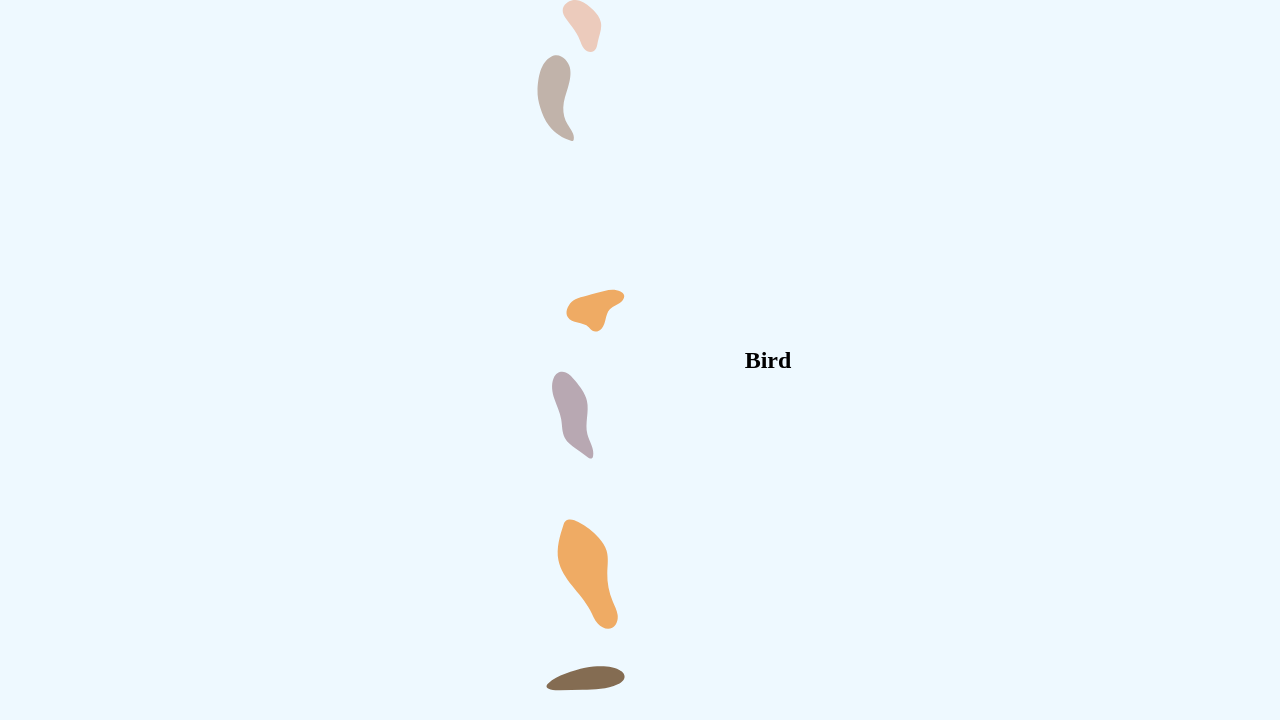
Repository: sebastiann88/svg-animals
Page: index.html
These files come from the project's save history. The page is drawn as it stood at one moment and after the next save; the edit follows.
The browser window is 1280 px wide. The pictures show the window.
A layer covers the whole window, so only the first screen is drawn.

Above is the page before, as saved 2024-09-05 03:46:38.

After the next save:
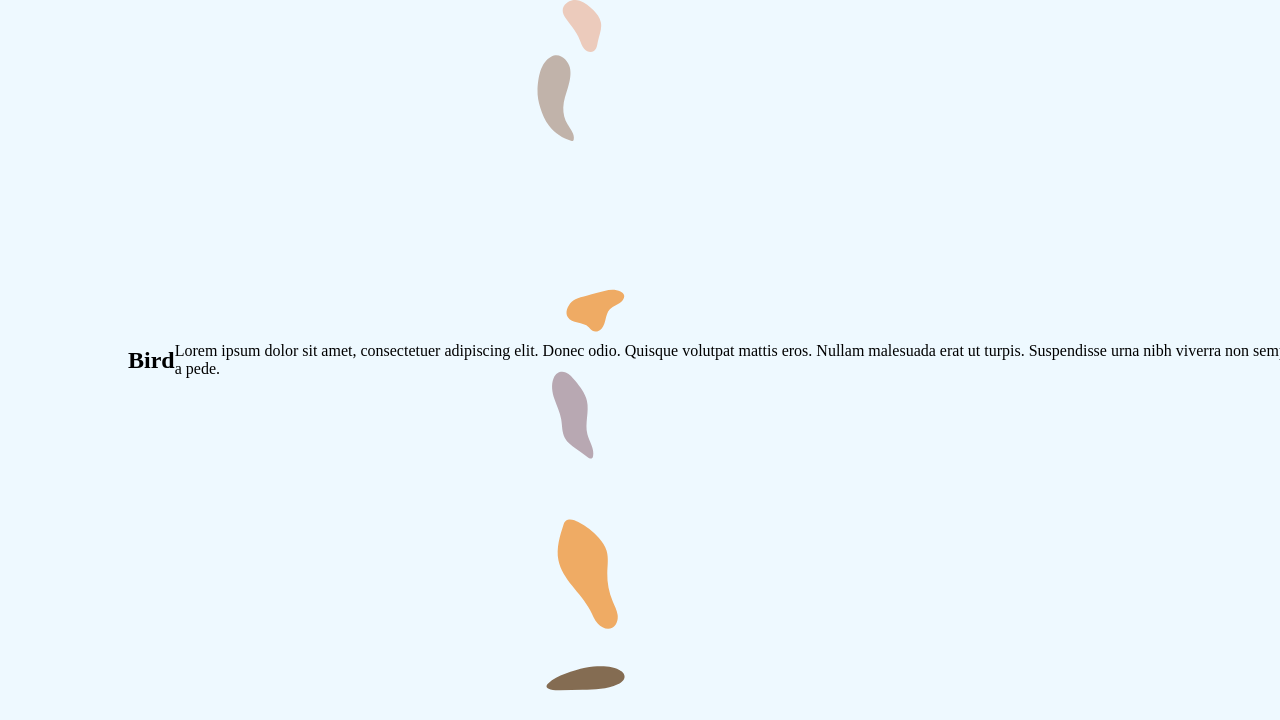
Saved 56 s later.
--- a/index.html
+++ b/index.html
@@ -273,12 +273,22 @@
     </div>
     <section class="one">
       <h2>Bird</h2>
+      <p>
+        Lorem ipsum dolor sit amet, consectetuer adipiscing elit. Donec odio.
+        Quisque volutpat mattis eros. Nullam malesuada erat ut turpis.
+        Suspendisse urna nibh viverra non semper suscipit posuere a pede.
+      </p>
     </section>
     <section class="two">
       <h2>Deer</h2>
+      <p></p>
     </section>
     <section class="three">
       <h2>Cougar</h2>
+      <p>
+        Donec nec justo eget felis facilisis fermentum. Aliquam porttitor mauris
+        sit amet orci. Aenean dignissim pellentesque felis.
+      </p>
     </section>
     <script src="js/script.js"></script>
     <script src="js/wow.min.js"></script>
